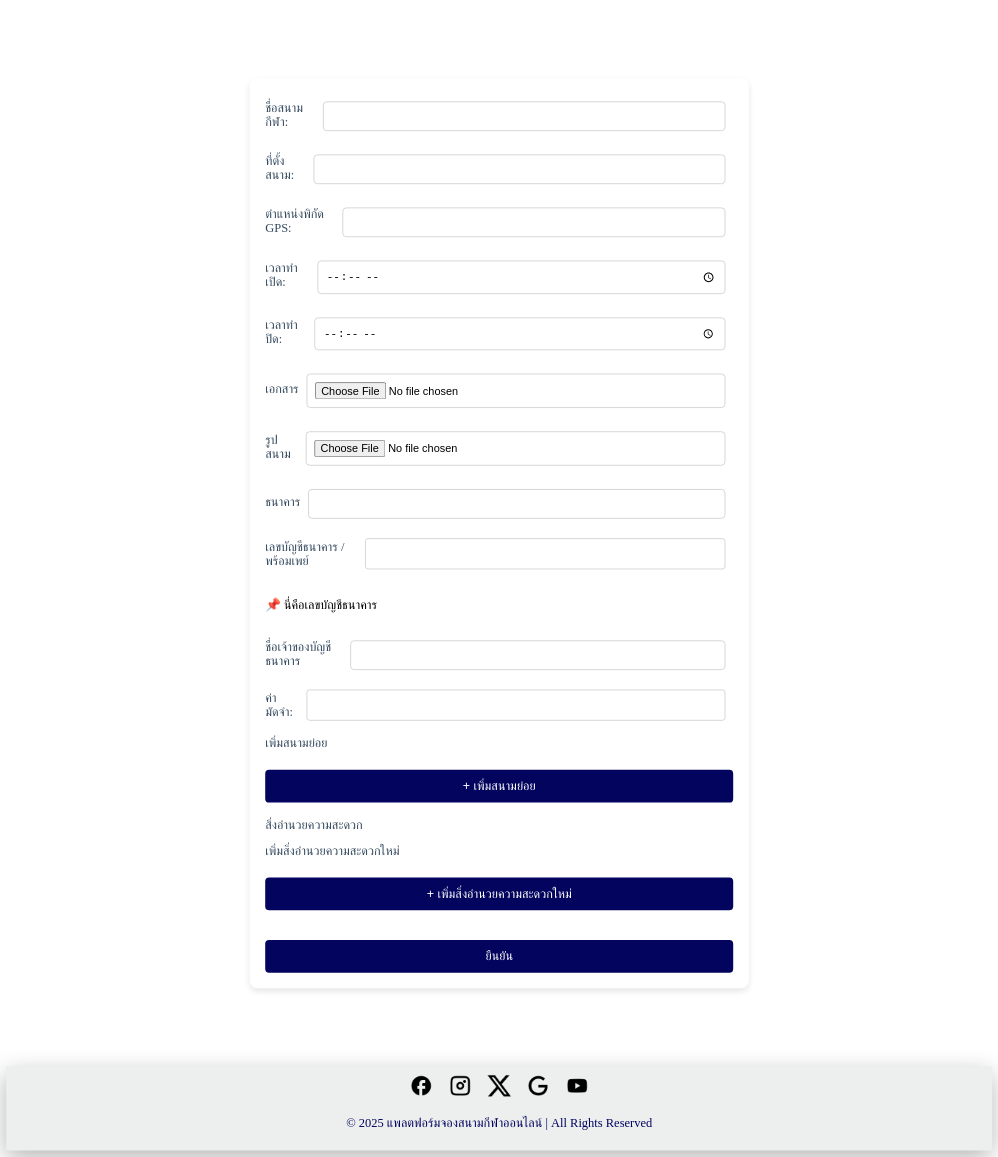
Repository: narawit101/project2
Page: /register-field (app in frontend/)
These files come from the project's save history. The page is drawn as it stood at one moment and after the next save; the edit follows.
The browser window is 1280 px wide. The pictures show the whole page, at 78% of full size.
The page's requests for data from a server got no answer. The project was rebuilt for these pictures with package versions that can differ from the ones it lists, and the page was loaded fresh each time. The framework's server and built-in components were replaced by stand-ins that run in the browser. No one was signed in, and anything a server would have sent is missing. Also part of the build but not shown: frontend/next.config.js, frontend/next.config.mjs, frontend/src/app/globals.css.

Above is the page before, as saved 2025-03-19 00:01:30.

### frontend/src/app/layout.jsx
import { Kanit } from "next/font/google";
import "./globals.css";
import  Footer from "./components/Footer"

const kanitFont = Kanit({
  variable: "--font-kanit",
  subsets: ["latin", "thai"],
  weight: ["300", "400", "600"],
});

export const metadata = {
  title: "แพลตฟอร์มจองสนามกีฬาออนไลน์",
  description: "Generated by create next app",
  icons: {
    icon:"./favicon.ico"
  }
};

export default function RootLayout({ children }) {
  return (
    <html lang="en">
      <body className={`${kanitFont.variable} antialiased`}>{children}
      <Footer></Footer>
      </body>

    </html>
  );
}

### frontend/src/app/(shared)/register-field/page.jsx
import React from "react";
import RegisterFieldForm from "@/app/components/RegisterFieldForm";

export default function RegisterFieldPage() {
  return (
    <>
    <RegisterFieldForm></RegisterFieldForm>

    </>
  );
}

### frontend/src/app/components/Footer.jsx
import React from "react";
import "../css/footer.css";

export default function Footer() {
  return (
    <div>
      <footer className="footer">
        <div className="social-icons">
          <a href="#">
            <img src="img/fblogo.png" alt="Facebook" />
          </a>
          <a href="#">
            <img src="img/iglogo.png" alt="Instagram" />
          </a>
          <a href="#">
            <img src="img/xlogo.png" alt="Twitter" />
          </a>
          <a href="#">
            <img src="img/gglogo.png" alt="Google" />
          </a>
          <a href="#">
            <img src="img/ytlogo.png" alt="YouTube" />
          </a>
        </div>

        <p className="copyright">
          &copy; 2025 แพลตฟอร์มจองสนามกีฬาออนไลน์ | All Rights Reserved
        </p>
      </footer>
    </div>
  );
}

### frontend/src/app/css/footer.css
:root {
  --text-color: #03045e;
}
.footer {
  background: #edefef;
  padding: 10px 0;
  text-align: center;
  color: var(--text-color);
  position: relative;
  box-shadow: 0px 10px 30px rgba(0, 0, 0, 0.3);
}

.social-icons {
  display: flex;
  justify-content: center;
  gap: 20px;
  margin-bottom: 20px;
}

.social-icons a img {
  width: 30px;
  height: 30px;
  transition: transform 0.3s ease-in-out;
}

.social-icons a:hover img {
  transform: scale(1.1);
  filter: brightness(1.2);
}

.copyright {
  font-size: 16px;
}

### frontend/src/app/css/registerFieldForm.css
:root {
  --text-color: #03045e;
}

.contianer {
  width: 100%;
  max-width: 600px;
  margin: 100px auto;
  padding: 20px;
  background: #ffffff;
  box-shadow: 0 4px 8px rgba(0, 0, 0, 0.1);
  border-radius: 10px;
  text-align: left;
}
form {
  display: flex;
  flex-direction: column;
}

.input-group {
  margin-bottom: 25px;
  text-align: left;
}
.facility-item {
    display: flex;
    flex-direction: column;
    margin-bottom: 15px;
  }

  /* การจัดตำแหน่ง checkbox กับชื่อสิ่งอำนวยความสะดวก */
  .input-group {
    display: flex;
    align-items: center;
    margin-bottom: 10px;
  }

  .input-group input[type="checkbox"] {
    margin-right: 10px; /* เพิ่มช่องว่างระหว่าง checkbox กับ label */
    width: 20px;
    height: 20px;
    accent-color: #3498db; /* เปลี่ยนสีของ checkbox เมื่อเลือก */
    cursor: pointer;
  }

  .input-group label {
    font-size: 16px;
    color: #34495e;
    font-weight: 500;
    cursor: pointer;
  }

  /* ข้อความเมื่อเลือก checkbox */
  .input-group input[type="checkbox"]:checked + label {
    color: #2980b9; /* เปลี่ยนสีข้อความเมื่อเลือก checkbox */
  }

  /* ป้อนราคา */
  .input-group input[type="number"] {
    width: 100%;
    padding: 10px;
    border: 1px solid #ccc;
    border-radius: 4px;
    font-size: 16px;
    margin-top: 5px;
  }

  .input-group input[type="number"]:focus {
    border-color: #3498db;
    outline: none;
  }

  /* Hover effect สำหรับ label */
  .input-group label:hover {
    color: #3498db;
  }


label {
  font-size: 20px;
  font-weight: 600;
  color: var(--text-color);
  display: block;
  margin-bottom: 5px;
}

input {
  margin: 10px;
  width: 100%;
  padding: 10px;
  border: 1px solid #ccc;
  border-radius: 5px;
  font-size: 14px;
  transition: 0.3s;
}

input:focus {
  border-color: var(--text-color);
  box-shadow: 0 0 5px rgba(3, 4, 94, 0.5);
  outline: none;
}
.addbtn {
  margin: 0px 0px 10px 0px;
}
.delbtn {
  margin: 0px 0px 10px 10px;
}
.delevn {
  margin: 0px 0px 10px 0px;
}
.addsubfield {
  margin: 10px 0px 20px 0px;
}
.addfac {
  margin: 10px 0px 20px 0px;
}
.savebtn {
  margin: 10px 0px 20px 0px;
}
.canbtn {
  margin: 10px 0px 20px 10px;
}
button {
  background: var(--text-color);
  color: white;
  border: none;
  padding: 12px;
  font-size: 16px;
  cursor: pointer;
  border-radius: 5px;
  transition: 0.3s;
}

button:hover {
  background: #02226c;
}

Loaded but not shown: frontend/tailwind.config.mjs (17 lines, source omitted); frontend/src/app/components/RegisterFieldForm.jsx (535 lines, source omitted)

After the next save:
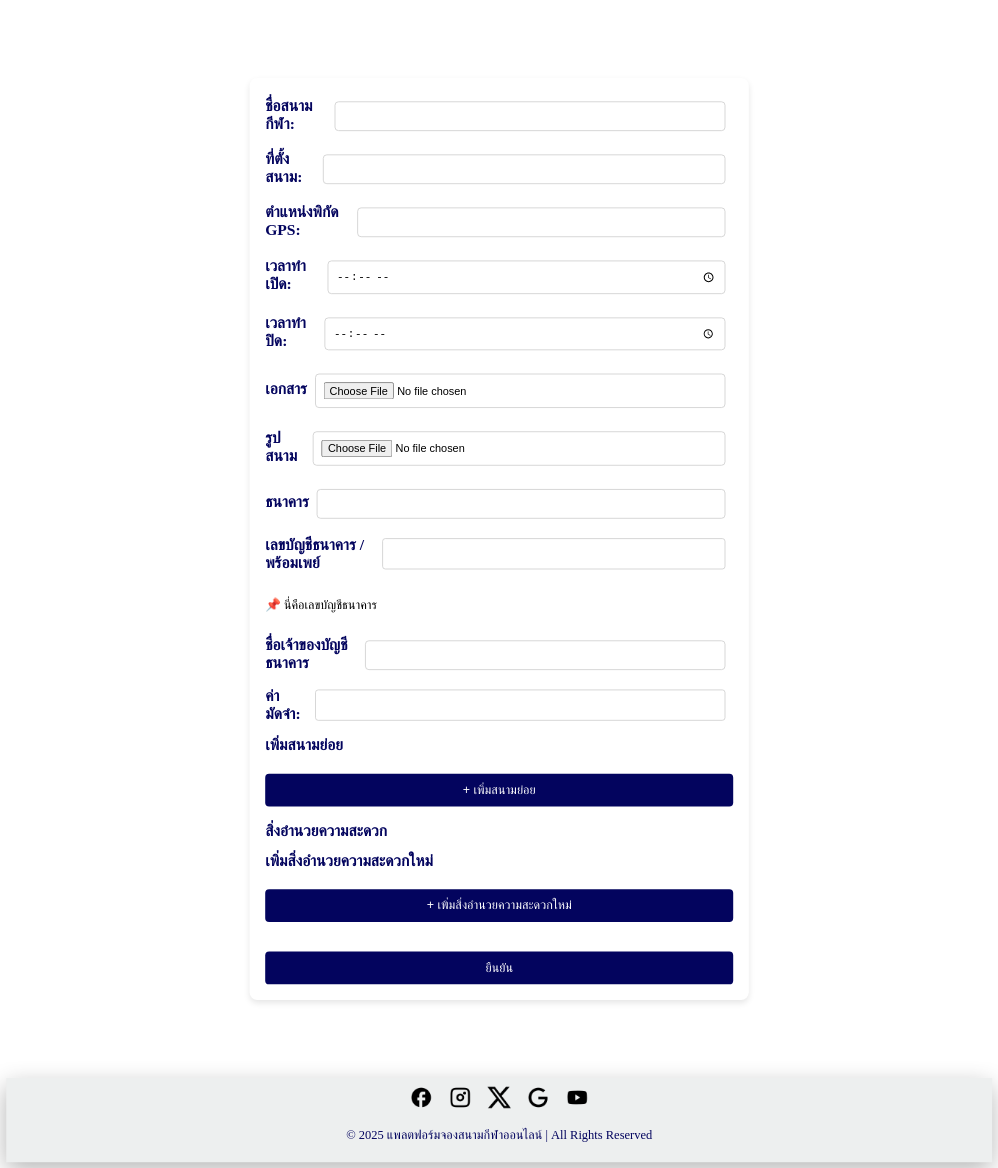
Saved 21 s later.
--- a/frontend/src/app/css/registerFieldForm.css
+++ b/frontend/src/app/css/registerFieldForm.css
@@ -42,12 +42,6 @@
     cursor: pointer;
   }
 
-  .input-group label {
-    font-size: 16px;
-    color: #34495e;
-    font-weight: 500;
-    cursor: pointer;
-  }
 
   /* ข้อความเมื่อเลือก checkbox */
   .input-group input[type="checkbox"]:checked + label {

After the save that followed:
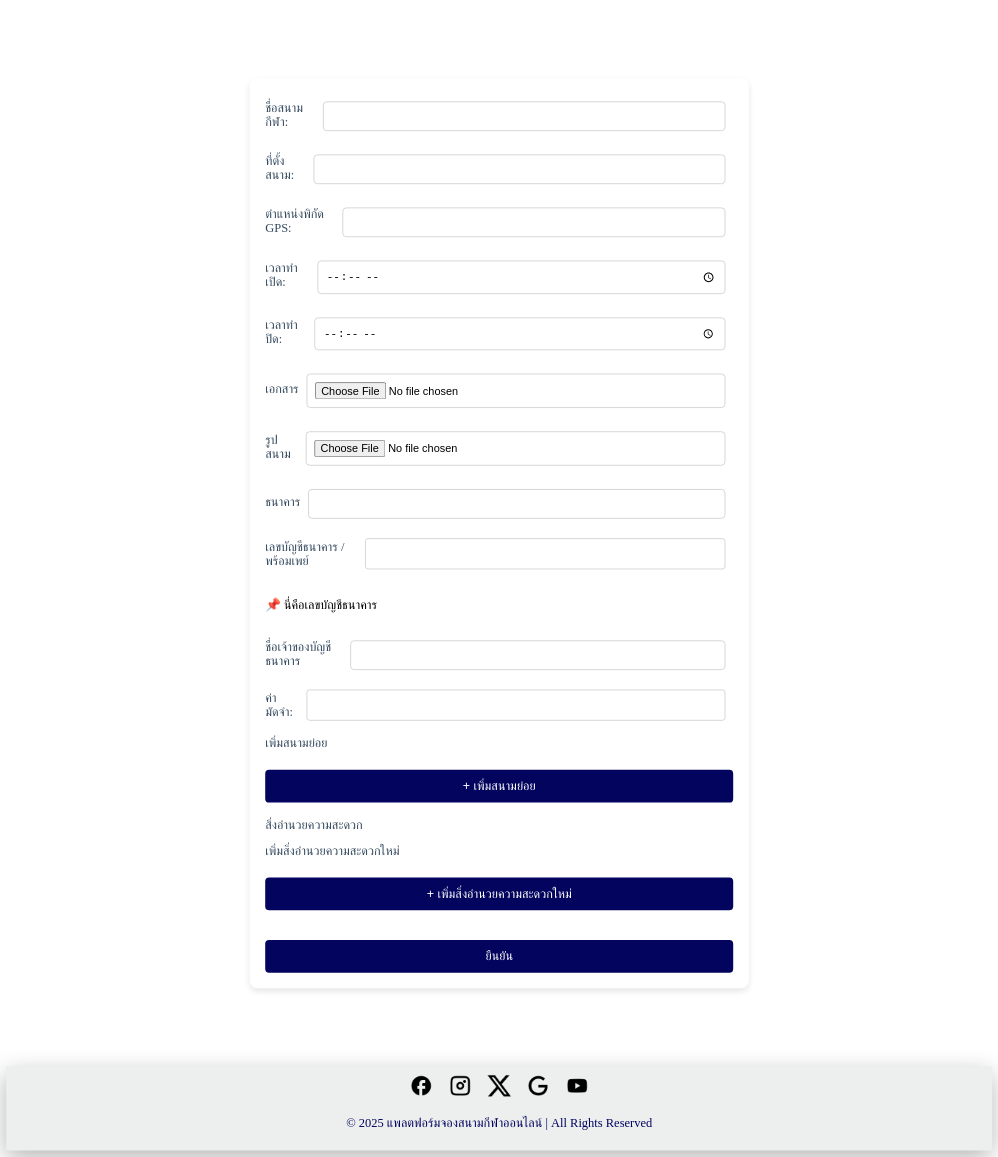
Saved 11 s later.
--- a/frontend/src/app/css/registerFieldForm.css
+++ b/frontend/src/app/css/registerFieldForm.css
@@ -42,6 +42,12 @@
     cursor: pointer;
   }
 
+  .input-group label {
+    font-size: 16px;
+    color: #34495e;
+    font-weight: 500;
+    cursor: pointer;
+  }
 
   /* ข้อความเมื่อเลือก checkbox */
   .input-group input[type="checkbox"]:checked + label {
